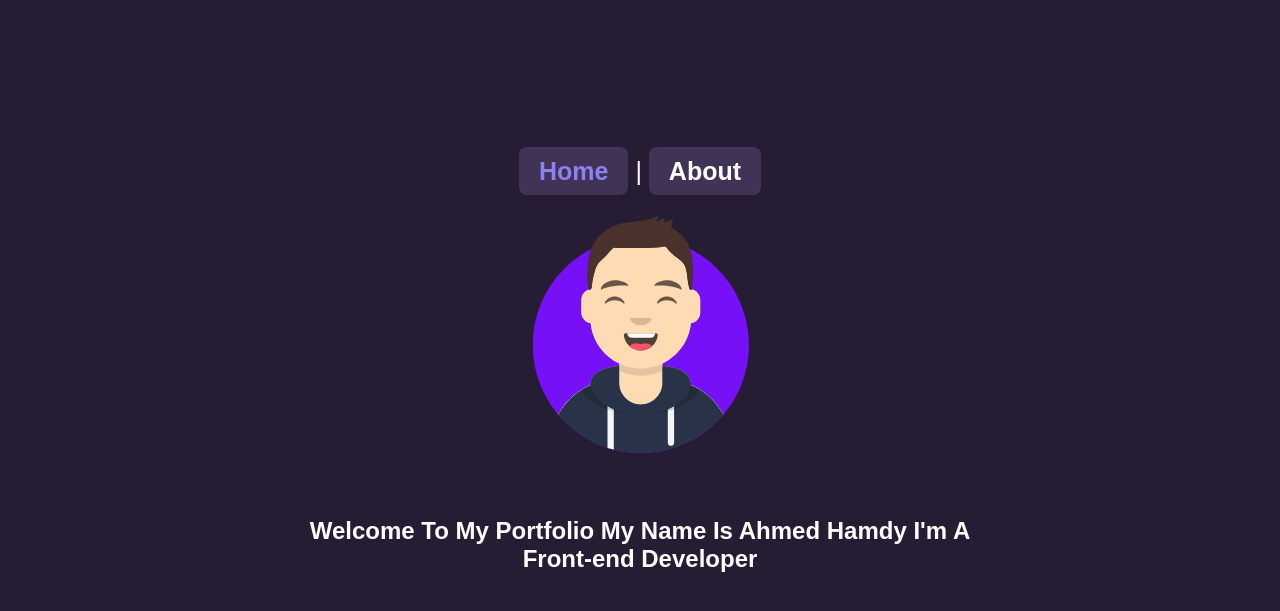
Repository: ahamdy997/portfolio
Page: /
An editor plug-in stored every save of this project. The page is shown before and after the next save, followed by the edit.
The browser window is 1280 px wide. The pictures show the whole page.
The project was rebuilt for these pictures with package versions that can differ from the ones it lists, and the page was loaded fresh each time. Also part of the build but not shown: vue.config.js.

Above is the page before, as saved 2023-11-05 02:27:43.

### public/index.html
<!DOCTYPE html>
<html lang="">
  <head>
    <meta charset="utf-8" />
    <meta http-equiv="X-UA-Compatible" content="IE=edge" />
    <meta name="viewport" content="width=device-width,initial-scale=1.0" />
    <link rel="icon" href="<%= BASE_URL %>favicon.ico" />
    <title><%= htmlWebpackPlugin.options.title %></title>
  </head>
  <body>
    <noscript>
      <strong
        >We're sorry but <%= htmlWebpackPlugin.options.title %> doesn't work
        properly without JavaScript enabled. Please enable it to
        continue.</strong
      >
    </noscript>
    <div id="app"></div>
    <!-- built files will be auto injected -->
    <!-- <css-doodle>
      :doodle { @grid: 1x3 / 100vmax; position: absolute; top: 0; left: 0;
      z-index: -1; } @size: 100% 150%; position: absolute; background: @m(100, (
      linear-gradient(transparent, @p( #FFFDE1@repeat(2, @p([0-9a-f])),
      #FB3569@repeat(2, @p([0-9a-f])) )) @r(0%, 100%) @r(0%, 100%) / @r(1px)
      @r(23vmin) no-repeat )); will-change: transform; animation: f 50s linear
      calc(-50s / @size() * @i()) infinite; @keyframes f { from { transform:
      translateY(-100%) } to { transform: translateY(100%) } }
    </css-doodle>

    <script src="https://unpkg.com/css-doodle@0.6.1/css-doodle.min.js"></script> -->
  </body>
</html>

### src/App.vue
<template>
  <header>
    <nav>
      <router-link to="/">Home</router-link> |
      <router-link to="/about">About</router-link>
    </nav>
  </header>
  <router-view />
</template>

<style>
#app {
  text-align: center;
  color: white;
}
* {
  box-sizing: border-box;
}
header {
  font-size: 25px;
  width: 100%;
}
nav {
  padding: 30px;
  text-align: center;
}
body {
  font-family: sans-serif;
  height: 100vh;
  margin: 0;
  background: #261c33;
  display: flex;
  align-items: center;
  justify-content: center;
}
nav a {
  font-weight: bold;
  color: #fff;
  text-decoration: none;
  border-radius: 8px;
  background-color: #56447092;
  padding: 10px 20px;
}
a:hover {
  color: rgba(137, 147, 200, 0.7);
}

nav a.router-link-exact-active {
  color: #8d81f3;
}
</style>

### src/views/HomeView.vue
<template>
  <div class="home">
    <img src="../assets/mf-avatar.svg" alt="happy person" />
    <HelloWorld msg="Welcome to Your Vue.js App" />
  </div>
</template>

<script>
// @ is an alias to /src
import HelloWorld from "@/components/HelloWorld.vue";

export default {
  name: "HomeView",
  components: {
    HelloWorld,
  },
};
</script>
<style scoped>
img {
  margin-bottom: 40px;
}
</style>

### src/components/HelloWorld.vue
<template>
  <div class="hello">
    <h2>
      Welcome To My Portfolio My Name Is Ahmed Hamdy I'm A Front-end Developer
    </h2>
  </div>
</template>

<script>
export default {
  name: "HelloWorld",
  props: {
    msg: String,
  },
};
</script>

<!-- Add "scoped" attribute to limit CSS to this component only -->
<style scoped>
.hello {
  margin: auto;
  width: 80%;
}
h3 {
  margin: 40px 0 0;
}
ul {
  list-style-type: none;
  padding: 0;
}
li {
  display: inline-block;
  margin: 0 10px;
}
a {
  color: #42b983;
}
</style>

Loaded but not shown: src/main.js (common file); src/router/index.js (common file)

After the next save:
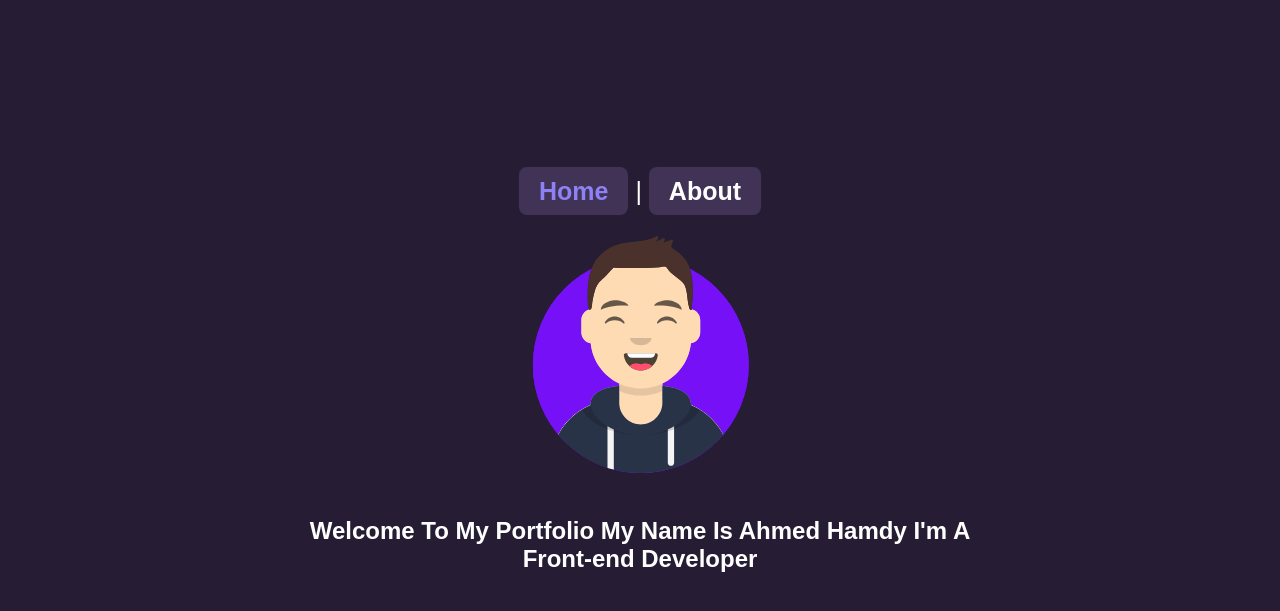
Saved 45 s later.
--- a/src/App.vue
+++ b/src/App.vue
@@ -15,6 +15,8 @@
 }
 * {
   box-sizing: border-box;
+  padding: 0%;
+  margin: 0%;
 }
 header {
   font-size: 25px;
